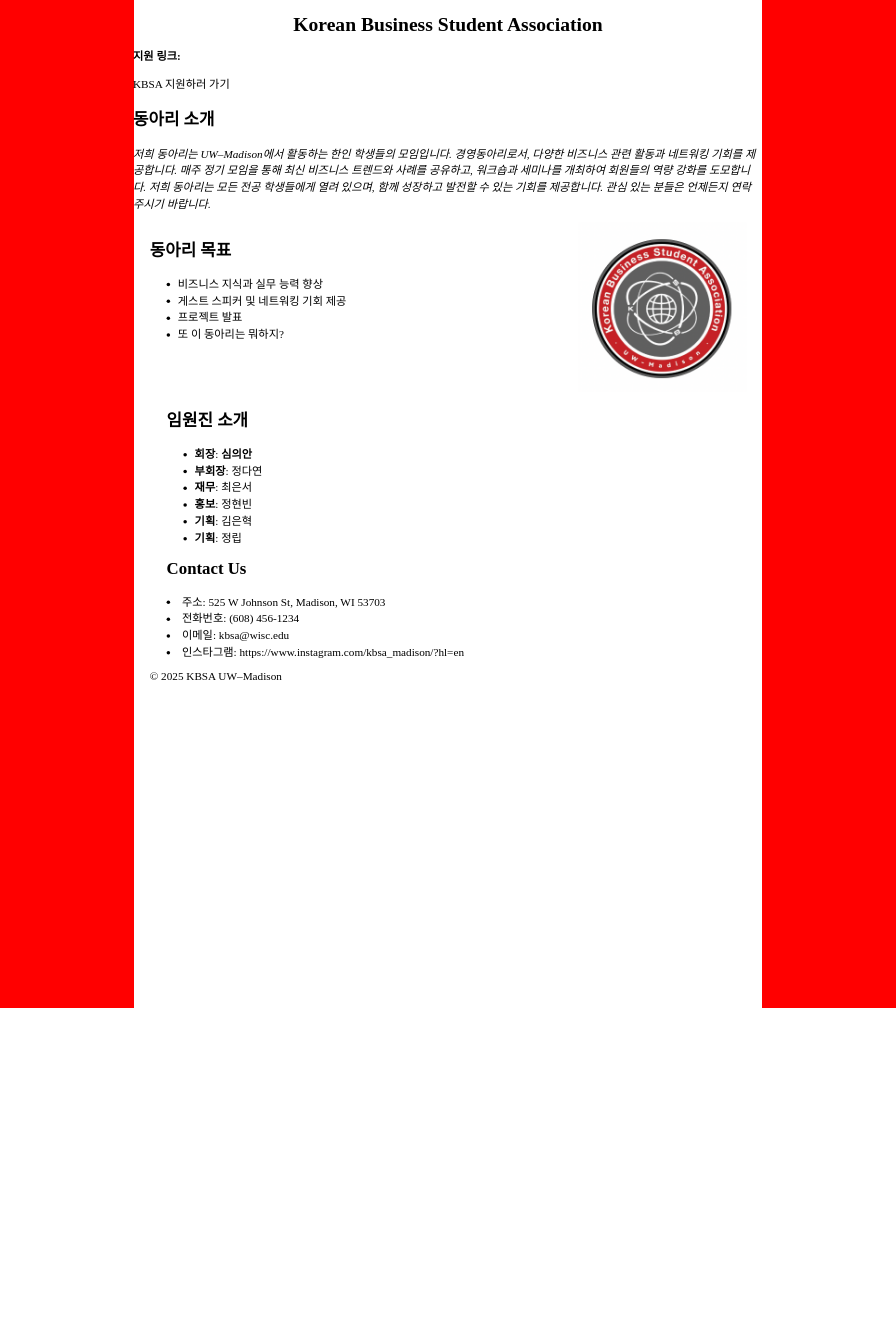
Repository: 23HarveyJi/25-Fall_chillguys
Page: website.html
These files come from the project's save history. The page is drawn as it stood at one moment and after a run of saves; the edit follows.
The browser window is 1280 px wide. The pictures show the part of the page from y = 0 to 1920 px (the page is 2899 px tall), at 70% of full size.

Above is the page before, as saved 2025-10-16 23:14:21.

### website.html
<!DOCTYPE html>
<html lang="ko">
<head>
  <meta charset="UTF-8" />
  <title>UW–Madison 한인 동아리</title>
  <link rel="stylesheet" href="website.css" />
</head>

<body>
  <!-- 1. 소개 섹션 -->
  <div class="container">
    <h1>Korean Business Student Association</h1>

   <p><b>지원 링크:</b></p>
<a href="https://linktr.ee/kbsamadison?fbclid=PAZXh0bgNhZW0CMTEAAaez0IGr_gX9bEeE5vzRfHqp_7vc0nbncP" target="_blank">
  KBSA 지원하러 가기
</a>

   <h2>동아리 소개</h2>
    <p><i>저희 동아리는 UW–Madison에서 활동하는 한인 학생들의 모임입니다. 경영동아리로서, 다양한 비즈니스 관련 활동과 네트워킹 기회를 제공합니다.
        매주 정기 모임을 통해 최신 비즈니스 트렌드와 사례를 공유하고, 워크숍과 세미나를 개최하여 회원들의 역량 강화를 도모합니다.
        저희 동아리는 모든 전공 학생들에게 열려 있으며, 함께 성장하고 발전할 수 있는 기회를 제공합니다.
        관심 있는 분들은 언제든지 연락 주시기 바랍니다.</i>
</p>

<div class="container">
  <div class="content">
    <div class="text">
      <h2>동아리 목표</h2>
      <ul>
        <li>비즈니스 지식과 실무 능력 향상</li>
        <li>게스트 스피커 및 네트워킹 기회 제공</li>
        <li>프로젝트 발표</li>
        <li>또 이 동아리는 뭐하지?</li>
      </ul>
    </div>

   <div class="image">
  <!-- 로고에만 링크 -->
  <a href="https://www.instagram.com/kbsa_madison/?hl=en" target="_blank">
    <img src="kbsa.jpg" width="300" alt="KBSA" title="kbsa_madison">
  </a>
</div>

  </div>

  <!-- 2. 임원진 섹션 (body 안에 또 body 넣지 않기!) -->
  <div class="container">
    <h2>임원진 소개</h2>
   <ul class="officers">
  <li><a href="심의안.jpg" target="_blank"><strong>회장</strong>: <strong>심의안</strong></a></li>
  <li><a href="정다연.jpg" target="_blank"><strong>부회장</strong>: 정다연</a></li>
  <li><a href="최은서.jpg" target="_blank"><strong>재무</strong>: 최은서</a></li>
  <li><a href="정현빈.jpg" target="_blank"><strong>홍보</strong>: 정현빈</a></li>
  <li><a href="김은혁.jpg" target="_blank"><strong>기획</strong>: 김은혁</a></li>
  <li><a href="정립.jpg" target="_blank"><strong>기획</strong>: 정립</a></li>
</ul>

    </ul>
  </div>
</body>
</html>
<section>
        <div class="container">
            <h2>Contact Us</h2>
        <p>
            <li>주소: 525 W Johnson St, Madison, WI 53703</li>
            <li>전화번호: (608) 456-1234</li>
           <li>이메일: kbsa@wisc.edu</li>
            <li>인스타그램: https://www.instagram.com/kbsa_madison/?hl=en</li>
        </p>
</section>
    <p>© 2025 KBSA UW–Madison</p>
</footer>
</body>

### website.css
/* style.css — HTML 태그 금지! CSS만 */
/* style.css */

html, body {
    height: 200%;
    margin: 0;
}
body {
  background: linear-gradient(to right,
   red 15%,
   white 15% 85%,
   red 85%);
  background-repeat: no-repeat;
margin: 0;
}
.container {
  max-width: 800px;
  margin: 50px auto;
  padding: 0 20px;
}
h1 {
    font-size: 28px;
    font-weight: 700;
    margin-bottom: 15px;
    text-align: center;
}
/* 중앙 본문 폭 */
.container { max-width: 900px; margin: 0 auto; padding: 0 24px; }

/* ⬇️ 핵심 */
.content{
  display: flex;
  align-items: flex-start;
  justify-content: space-between;
  gap: 32px;
}

.text{ flex: 1 1 60%; }                    /* 텍스트 영역 */
.image{ flex: 0 0 260px; display:flex; justify-content:flex-end; }
.image img{ width: 240px; height:auto; display:block; }

/* 좁은 화면에서는 세로로 쌓이게 */
@media (max-width: 768px){
  .content{ flex-direction: column; }
  .image{ justify-content: flex-start; }
}

/* 로고 이미지만 링크 유지 + 클릭 시 효과 주기 (선택사항) */
.image a img {
  transition: transform 0.2s ease;
}

.image a img:hover {
  transform: scale(1.10);
}

a {
  text-decoration: none;
  color: black;
}

After the next 3 saves:
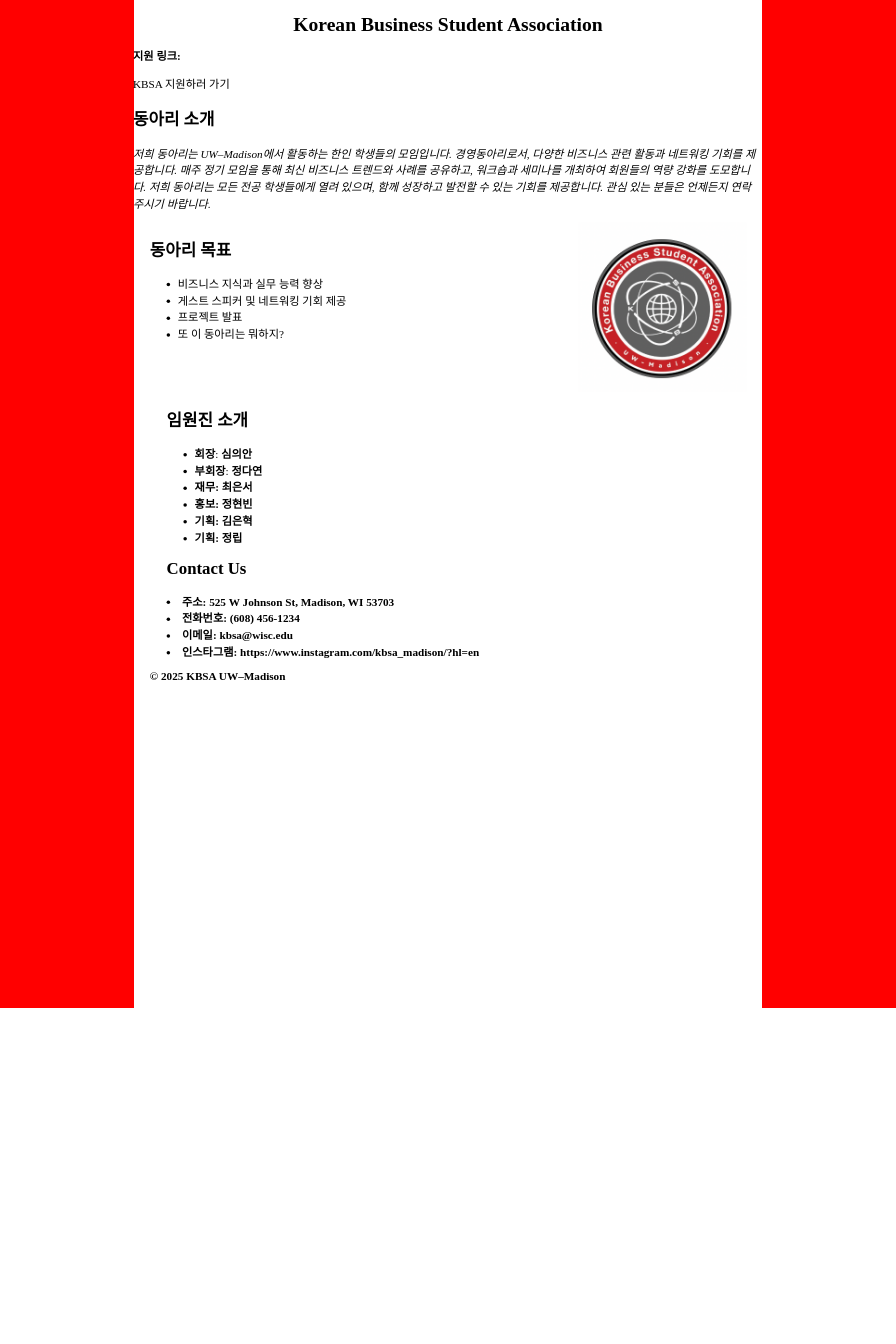
The 3 saves are shown as one change because they came seconds apart.
The last was saved 14 s later.
--- a/website.html
+++ b/website.html
@@ -49,7 +49,7 @@
     <h2>임원진 소개</h2>
    <ul class="officers">
   <li><a href="심의안.jpg" target="_blank"><strong>회장</strong>: <strong>심의안</strong></a></li>
-  <li><a href="정다연.jpg" target="_blank"><strong>부회장</strong>: 정다연</a></li>
+  <li><a href="정다연.jpg" target="_blank"><strong>부회장</strong>:<strong> 정다연 </a></li>
   <li><a href="최은서.jpg" target="_blank"><strong>재무</strong>: 최은서</a></li>
   <li><a href="정현빈.jpg" target="_blank"><strong>홍보</strong>: 정현빈</a></li>
   <li><a href="김은혁.jpg" target="_blank"><strong>기획</strong>: 김은혁</a></li>
